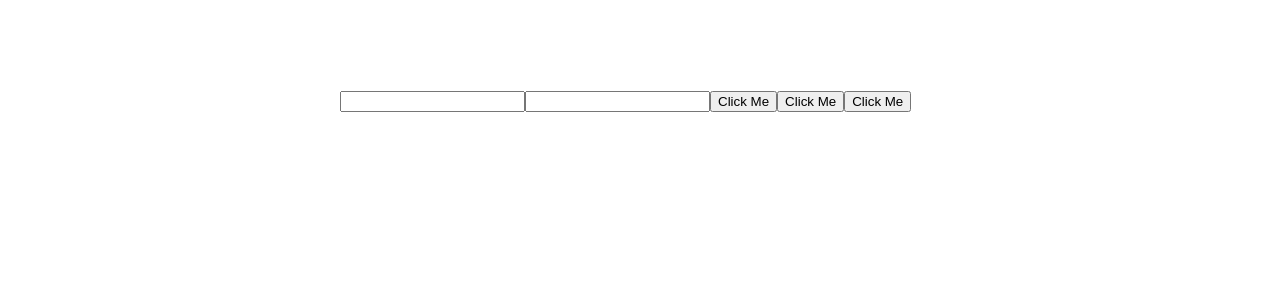
Repository: rafimohammad839/React-Time-App
Page: /
These files come from the project's save history. The page is drawn as it stood at one moment and after the next save; the edit follows.
The browser window is 1280 px wide. The pictures show the whole page.
The project was rebuilt for these pictures with package versions that can differ from the ones it lists, and the page was loaded fresh each time.

Above is the page before, as saved 2022-06-26 11:41:16.

After the next save:
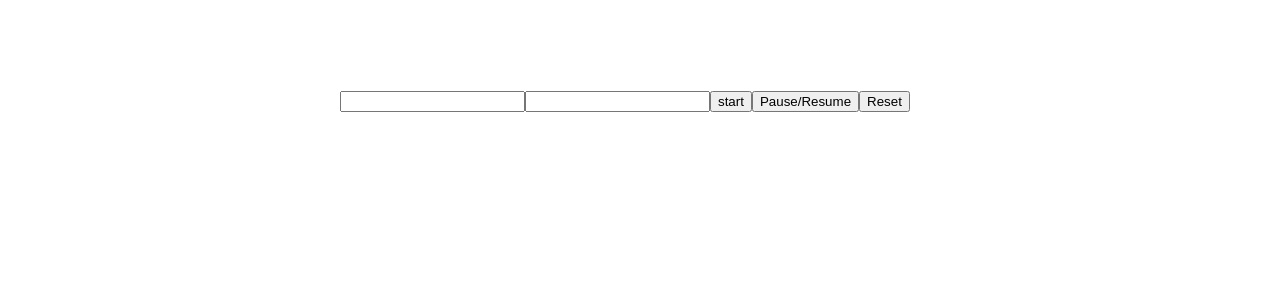
Saved 9 s later.
--- a/src/components/Button.js
+++ b/src/components/Button.js
@@ -2,7 +2,7 @@ import React from 'react'
 
 const Button = ({ buttonOptions, buttonTitle }) => {
   return (
-    <button {...buttonOptions}>Click Me</button>
+    <button {...buttonOptions}>{buttonTitle}</button>
   )
 }
 
